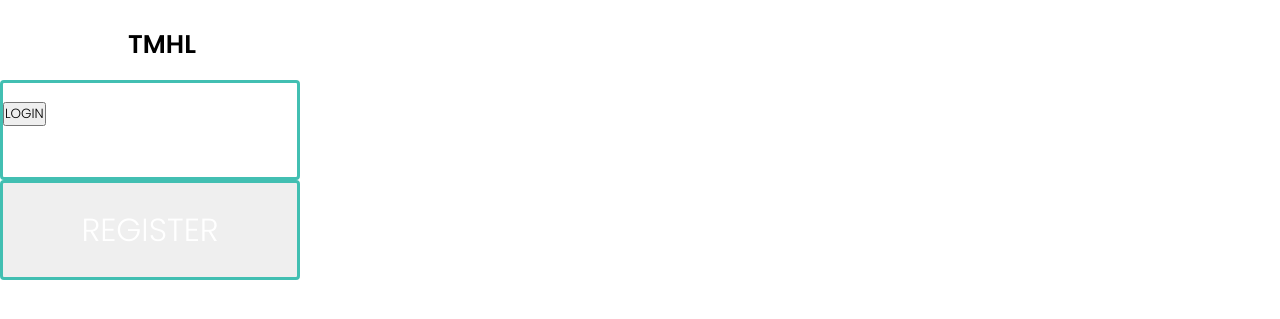
Repository: vu9ar/vu9ar.github.io
Page: WelcomePage/welcome.html
These files come from the project's save history. The page is drawn as it stood at one moment and after the next save; the edit follows.
The browser window is 1280 px wide. The pictures show the whole page.

Above is the page before, as saved 2022-03-27 18:25:40.

### WelcomePage/welcome.html
<!DOCTYPE html>
<html>

<head>
    <meta charset="UTF-8">
    <link rel="stylesheet" href="style.css">
    <link rel="preconnect" href="https://fonts.gstatic.com" crossorigin>
    <link href="https://fonts.googleapis.com/css2?family=Poppins:wght@300&display=swap" rel="stylesheet">
    <link href="https://fonts.googleapis.com/css2?family=Poppins:wght@600&display=swap" rel="stylesheet">
    <meta name="viewport" content="width-device-width, initial-scale=1.0">
    <title>TMHL</title>
</head>


<body>
    <!--
    <form action="../loginRegister/guestToVerifiedRegister.html">
        <button>Register</button>
    </form>
    <form action="../loginRegister/loginForVerified.html">
        <button>Login</button>
    </form> -->
    <div class="intro">
        <h1 class="logo-header">
            <span class="Logo">Mar</span> <span class="Logo">ginal</span>
        </h1>
    </div>

    <header>
        <h4>TMHL</h4>
    </header>

    <form action="../loginRegister/loginForVerified.html" class="button">
        <button>LOGIN</button>
    </form>

    <form action="/loginRegister/guestToVerifiedRegister.html">
        <button class="button">REGISTER</button>
    </form>
    <script src="app.js"></script>

</body>


</html>

### WelcomePage/style.css
* {
    margin: 0;
    padding: 0;
    box-sizing: border-box;
    font-family: 'Poppins', sans-serif;
}

header {
    position: relative;
    left: 0;
    right: 0;
    width: 100%;
    height: 80px;
}

header h4 {
    position: absolute;
    left: 10%;
    bottom: 1rem;
    font-size: 1.6rem;
}


/* Splash */

.intro {
    position: fixed;
    z-index: 1;
    left: 0;
    right: 0;
    width: 100%;
    height: 100vh;
    background-color: #161616;
    transition: 1s;
}

.logo-header {
    position: absolute;
    top: 40%;
    left: 50%;
    transform: translate(-50%, -50%);
    color: #ffffff;
}

.Logo {
    position: relative;
    display: inline-block;
    /*left: 0;*/
    bottom: -20px;
    opacity: 0;
}

.Logo.active {
    bottom: 0;
    opacity: 1;
    transition: ease-in-out 0.5s;
}

.Logo.fade {
    bottom: 150px;
    opacity: 0;
    transition: ease-in-out 0.5;
}

.button {
    width: 300px;
    height: 100px;
    border: none;
    color: white;
    border-radius: 4px;
    transition: ease-out 0.3s;
    font-size: 2rem;
    outline: none;
    border: 3px solid #42BFB2;
    position: relative;
    z-index: 1;
}

.button:hover {
    color: #ffffff;
    cursor: pointer;
}

.button:before {
    transition: 0.5s all ease;
    position: absolute;
    top: 0;
    left: 50%;
    right: 50%;
    bottom: 0;
    opacity: 0;
    content: "";
    background-color: #42BFB2;
}

.button:hover:before {
    transition: 0.5s all ease;
    left: 0;
    right: 0;
    opacity: 1;
    z-index: -1;
}

### WelcomePage/app.js
let intro = document.querySelector('.intro');
let logo = document.querySelector('.logo-header');
let logoSpan = document.querySelectorAll('.Logo');


window.addEventListener('DOMContentLoaded', () => {

    setTimeout(() => {

        logoSpan.forEach((span, idx) => {
            setTimeout(() => {
                span.classList.add('active');
            }, (idx + 1) * 400);
        });

        setTimeout(() => {
            logoSpan.forEach((span, idx) => {

                setTimeout(() => {
                    span.classList.remove('active');
                    span.classList.add('fade');
                }, (idx + 1) * 50);
            })
        }, 2000);


        setTimeout(() => {
            intro.style.top = '-100vh';
        }, 2300);
    });
});

After the next save:
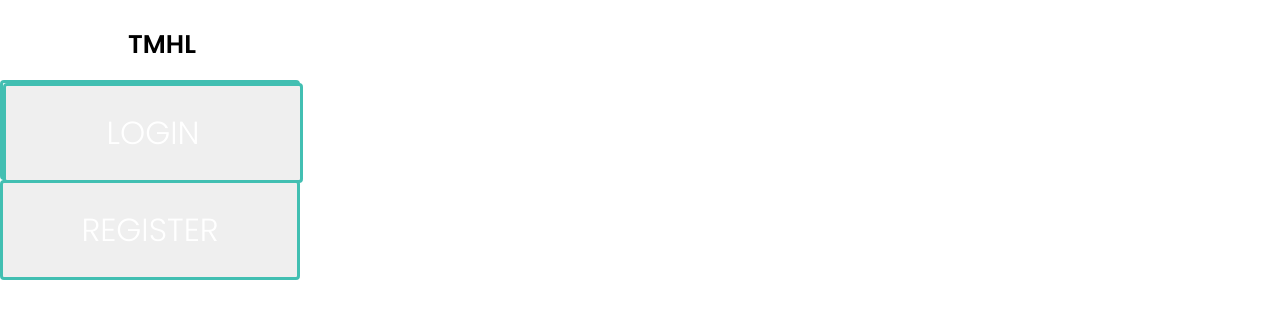
Saved 17 s later.
--- a/WelcomePage/welcome.html
+++ b/WelcomePage/welcome.html
@@ -31,7 +31,7 @@
     </header>
 
     <form action="../loginRegister/loginForVerified.html" class="button">
-        <button>LOGIN</button>
+        <button class="button">LOGIN</button>
     </form>
 
     <form action="/loginRegister/guestToVerifiedRegister.html">
